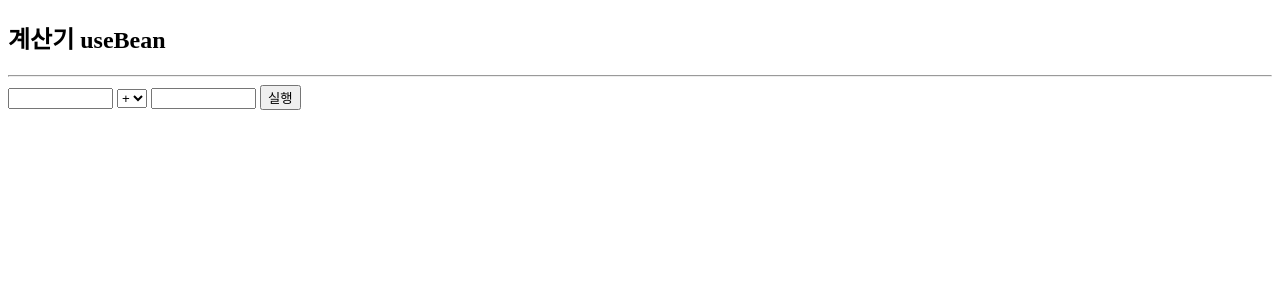
Repository: VvsJaemin/jsp-spring
Page: jwbook/src/main/webapp/ch08/calcForm.html
An editor plug-in stored every save of this project. The page is shown before and after the next save, followed by the edit.
The browser window is 1280 px wide. The pictures show the whole page.

Above is the page before, as saved 2021-12-20 13:47:59.

### jwbook/src/main/webapp/ch08/calcForm.html
<!DOCTYPE html>
<html>
<head>
<meta charset="UTF-8">
<title>Insert title here</title>
</head>
<body>
	<h2>계산기 useBean</h2>
	<hr>
	<form method="post" action="calc.jsp">
		<input type="text" name="n1" size="10">
		<select name="op">
			<option>+</option>
			<option>-</option>
			<option>*</option>
			<option>/</option>
		</select>
		<input type="text" name="n2" size="10">
		<input type="submit" value="실행">
	</form>
</body>
</html>

After the next save:
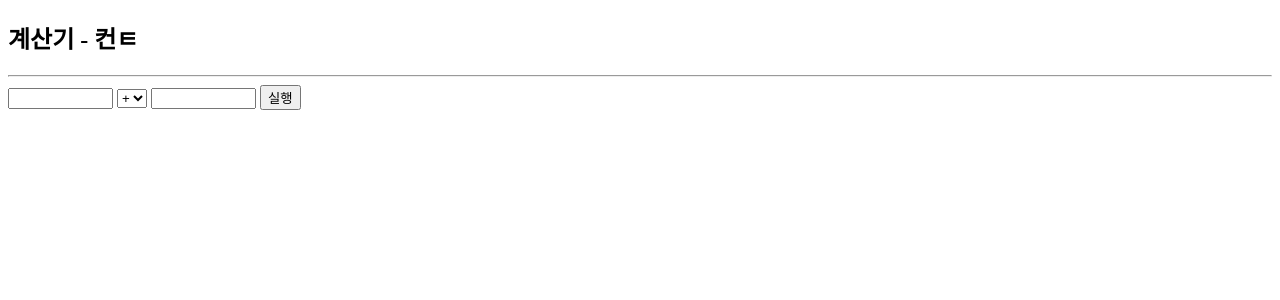
Saved 24 h 47 min later.
--- a/jwbook/src/main/webapp/ch08/calcForm.html
+++ b/jwbook/src/main/webapp/ch08/calcForm.html
@@ -5,9 +5,9 @@
 <title>Insert title here</title>
 </head>
 <body>
-	<h2>계산기 useBean</h2>
+	<h2>계산기 - 컨ㅌ</h2>
 	<hr>
-	<form method="post" action="calc.jsp">
+	<form method="post" action="/jwbook/calcControl">
 		<input type="text" name="n1" size="10">
 		<select name="op">
 			<option>+</option>
